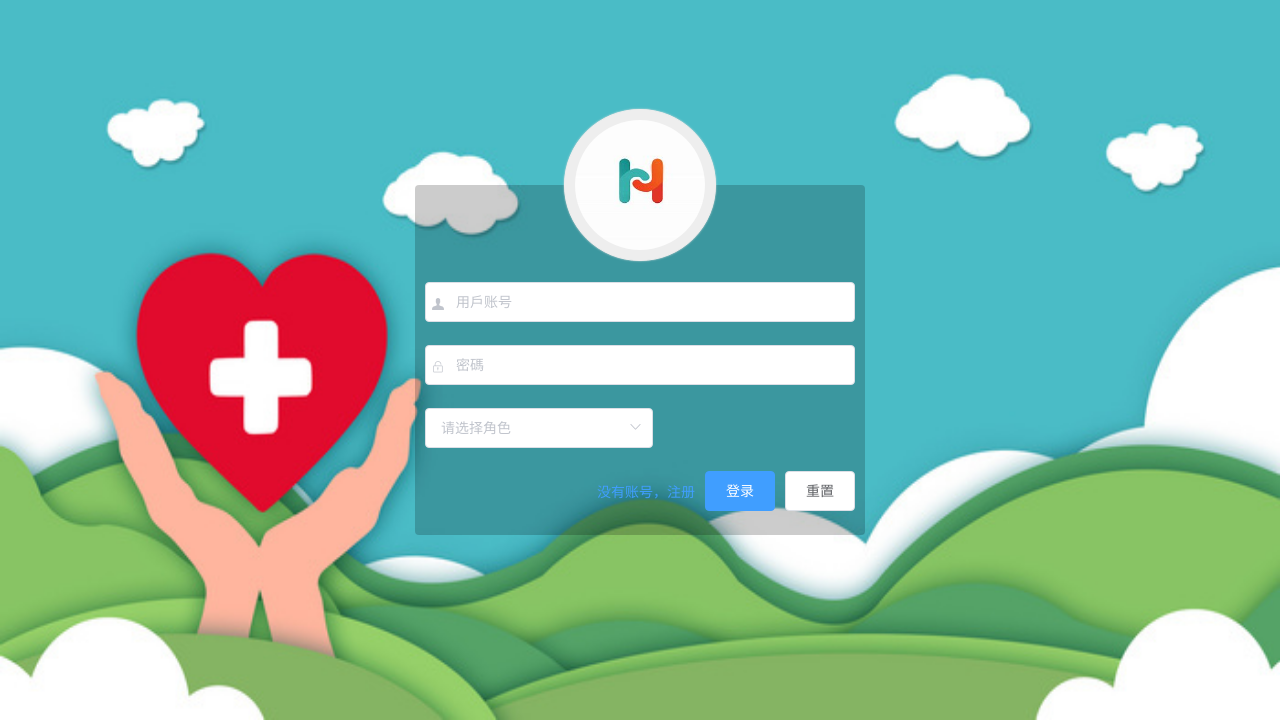
Repository: hyyBubbly/community-web-vue
Page: / (app in community/)
These files come from the project's save history. The page is drawn as it stood at one moment and after the next save; the edit follows.
The browser window is 1280 px wide. The pictures show the whole page.
The page's requests for data from a server got no answer. The project was rebuilt for these pictures with package versions that can differ from the ones it lists, and the page was loaded fresh each time. No one was signed in, and anything a server would have sent is missing. Also part of the build but not shown: community/vue.config.js, community/src/components/Home.vue, community/src/components/Welcome.vue, community/src/components/User/UserList.vue, community/src/components/admin/WorkerList.vue, community/src/components/community/CommunityList.vue, community/src/components/healthfiles/HealthyData.vue, community/src/components/healthfiles/Healthiness.vue and 14 more.

Above is the page before, as saved 2024-01-28 13:34:42.

After the next save:
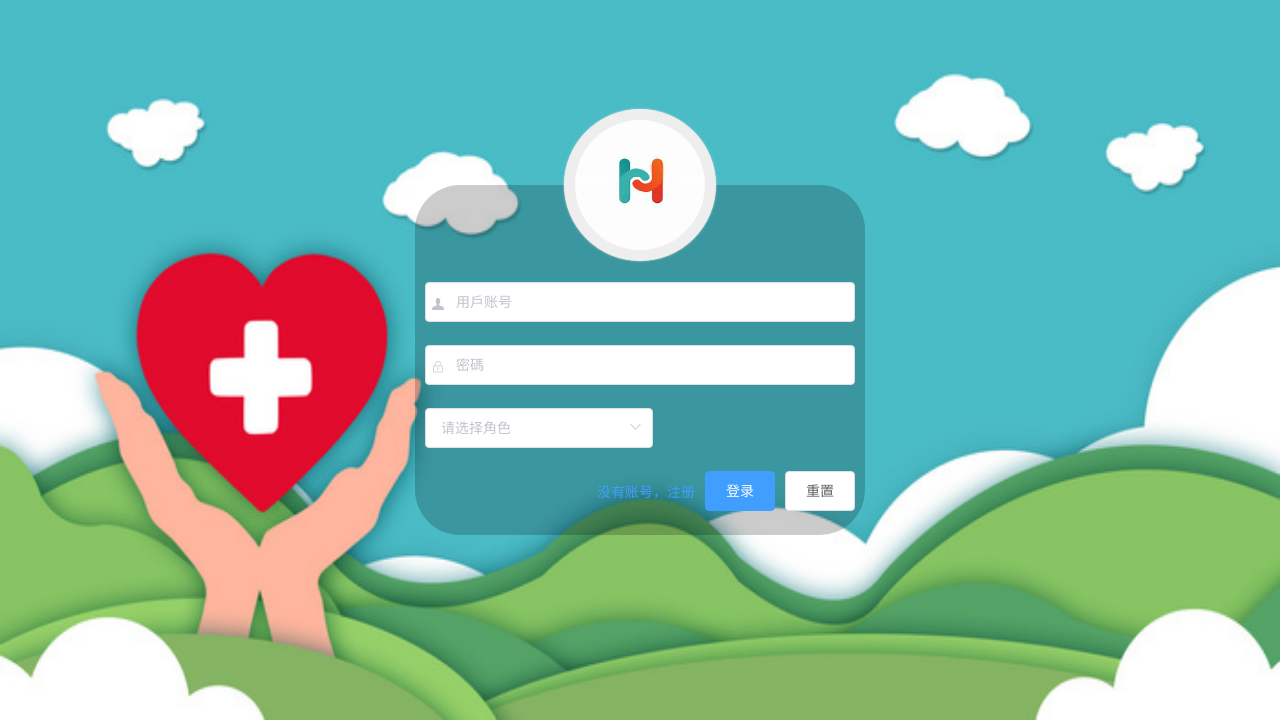
Saved 19 s later.
--- a/community/src/components/Login.vue
+++ b/community/src/components/Login.vue
@@ -239,7 +239,7 @@
   height: 350px;
 //   background-color: #fff;
   background-color:rgba(0, 0, 0, 0.2);
-  border-radius: 4px;
+  border-radius: 45px;
   position: absolute;
   left: 50%;
   top: 50%;
